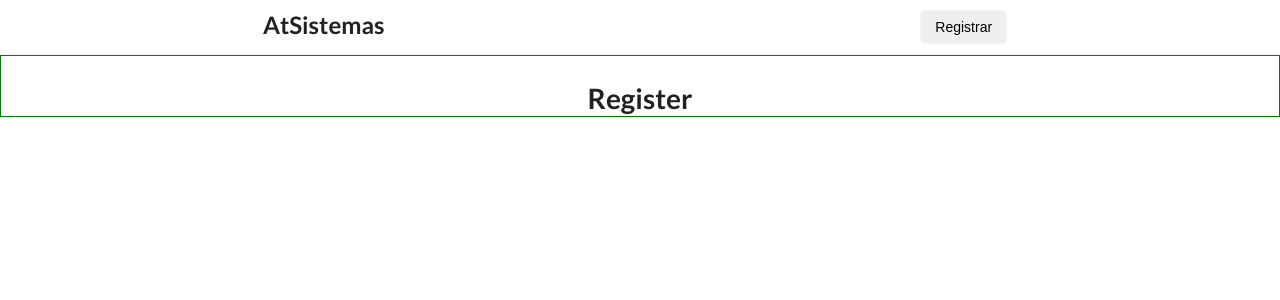
Repository: banchiec/atsistemas
Page: /site/register-site
These files come from the project's save history. The page is drawn as it stood at one moment and after the next save; the edit follows.
The browser window is 1280 px wide. The pictures show the whole page.
The project was rebuilt for these pictures with package versions that can differ from the ones it lists, and the page was loaded fresh each time. Also part of the build but not shown: src/components/SiteCard/SiteCard.js, src/redux/actions/sitesActions.js, src/screens/SiteScreen/SiteScreen.js, src/screens/SiteDetailsScreen/SiteDetailsScreen.js.

Above is the page before, as saved 2022-08-16 13:56:46.

### src/index.js
import React from "react";
import ReactDOM from "react-dom";
import App from "./App";
import store from "./redux/store";
import { Provider } from "react-redux";

ReactDOM.render(
  <React.StrictMode>
    <Provider store={store}>
      <App />
    </Provider>
  </React.StrictMode>,
  document.getElementById("root")
);

### src/App.js
import React from "react";
import { BrowserRouter as Router, Switch, Route } from "react-router-dom";
import SiteScreen from "./screens/SiteScreen/SiteScreen";
import SiteDetailsScreen from './screens/SiteDetailsScreen/SiteDetailsScreen'
import Header from "./components/Header/Header";
import "./App.css";
import RegisterSiteScreen from "./screens/RegisterSiteScreen/RegisterSiteScreen";

function App() {
  return (
    <div className="App">
      <Header/>
      <Router>
        <Switch>
          <Route path="/" exact component={SiteScreen} />
          <Route path="/site/register-site" exact component={RegisterSiteScreen} />
          <Route path="/site/:siteId" exact component={SiteDetailsScreen} />
          <Route>404 Not Found!</Route>
        </Switch>
      </Router>
    </div>
  );
}

export default App;

### src/components/Header/Header.js
import {ContainerHeader} from './headerStyled'

const Header = () => {
  function handleClick(){
    console.log("Object");
  }
	return(
    <ContainerHeader>
      <div>
        <h2>AtSistemas</h2>
      </div>
      <div>
        <button onClick={handleClick}>Registrar</button>
      </div>
    </ContainerHeader>
	)
}
export default Header

### src/App.css
* {
  font-family: "Roboto", sans-serif;
  padding: 0;
  margin: 0;
}

.ui.cards > .card > .image {
  height: 250px;
  padding: 20px;
  background: #fff;
  margin: auto;
}
.ui.cards > .card > .image > img {
  height: 100%;
  max-width: 100%;
  width: auto;
}
.ui.cards > .card > .content > .header {
  height: 48px;
  overflow: hidden;
  margin-bottom: 5px;
}
.ui.cards > .card > .content > .list{
  height: 36px;
  margin-bottom: 0px;
  overflow: hidden;
}
.ui.cards > .card .meta.name{
  margin-bottom: 5px;
  font-size: 18px;
  color: #333;
  font-weight: 600;
}

.ui.cards > .card .meta.name> a {
  font-size: 1.3rem;
  color: #222;
}

.ui.menu.fixed {
  height: 60px;
  padding-top: 15px;
}

.ui.grid.container {
  margin-top: 200px;
}

.ui.grid > .row {
  background: #fff;
}
.ui.grid > .row > .column.lp {
  padding: 20px 40px 20px 20px;
  align-self: flex-start !important;
}
.ui.grid > .row > .column.rp {
  padding: 20px 20px 20px 40px;
  text-align: left;
  align-self: flex-start !important;
}

.ui.grid > .row > .column > img,
.ui.grid > .row > img {
  height: 100%;
}
.ui.placeholder .header:not(:first-child):before,
.ui.placeholder .image:not(:first-child):before,
.ui.placeholder .paragraph:not(:first-child):before {
  display: none;
}

.ui.label,
.ui.labels .label {
  font-size: 22px;
}

.column.rp h1 {
  color: #333;
}
.column.rp p {
  font-size: 18px;
  color: #777;
}
.ui.placeholder.segment .column .button,
.ui.placeholder.segment .column .field,
.ui.placeholder.segment .column textarea,
.ui.placeholder.segment .column > .ui.input {
  background-color: #ff3e6c;
  border: 1px solid #ff3e6c;
  color: #fff;
  font-size: 18px;
  margin-left: 0;
}

### src/screens/RegisterSiteScreen/RegisterSiteScreen.js
import { ContainerRegisterSiteScreen } from "./registerSiteScreenStyled"

const RegisterSiteScreen = () => {

	const handleSubmit = () => {
		console.log("object");
	}
	return(
		<ContainerRegisterSiteScreen>
			<form onSubmit={handleSubmit}>
			</form>
			<h1>Register</h1>
		</ContainerRegisterSiteScreen>
	)
}
export default RegisterSiteScreen

### src/redux/reducers/index.js
import { combineReducers } from "redux";
import { sitesReducer, selectedSiteReducer } from "./sitesReducer";
const reducers = combineReducers({
  allSites: sitesReducer,
  site: selectedSiteReducer,
});
export default reducers;

### src/components/Header/headerStyled.js
import styled from 'styled-components'

const ContainerHeader = styled.div`
	display: flex;
	flex-direction: row;
	border-bottom: 1px solid whitesmoke;
	justify-content: space-around;
	div {
		padding: 10px;
		button{
			border-radius: 5px;
			padding: 8px 14px 8px 14px;
			border: 1px solid whitesmoke;
			margin: 0px 10px 0px 10px;
			:hover {
				background: black ;
				color: white;
				transition: 1s ease-out;
			}
		}
	}
`
export {
	ContainerHeader
}

### src/screens/RegisterSiteScreen/registerSiteScreenStyled.js
import styled from "styled-components";

export const ContainerRegisterSiteScreen = styled.div`
	display: flex;
	flex-direction: row;
	justify-content: center;
	border: 1px solid green;
`

### src/redux/reducers/sitesReducer.js
import { ActionTypes } from "../constants/action-types";
const intialState = {
  sites: [],
};

export const sitesReducer = (state = intialState, { type, payload }) => {
  switch (type) {
    case ActionTypes.SET_SITES:
      return {
        ...state,
        sites: payload
      };
    default:
      return state;
  }
};

export const selectedSiteReducer = (state = {}, { type, payload }) => {
  switch (type) {
    case ActionTypes.SELECTED_SITE:
      return {
        ...state,
        ...payload
      };
    case ActionTypes.REMOVE_SELECTED_SITE:
      return {};
    default:
      return state;
  }
};

### src/redux/constants/action-types.js
export const ActionTypes = {
  FETCH_SITES: 'FETCH_SITES',
  SET_SITES: "SET_SITES",
  SELECTED_SITE: "SELECTED_SITE",
  REMOVE_SELECTED_SITE: "REMOVE_SELECTED_SITE",
};

Loaded but not shown: public/index.html (common file); src/redux/store.js (common file)

After the next save:
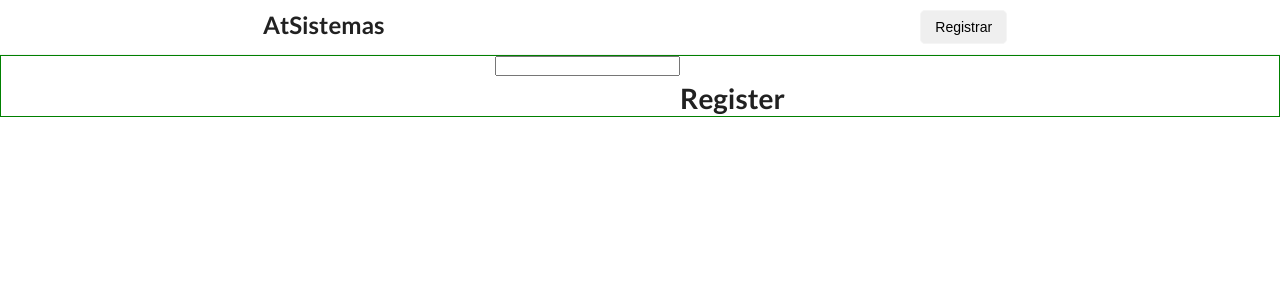
Saved 17 s later.
--- a/src/screens/RegisterSiteScreen/RegisterSiteScreen.js
+++ b/src/screens/RegisterSiteScreen/RegisterSiteScreen.js
@@ -8,6 +8,7 @@ const RegisterSiteScreen = () => {
 	return(
 		<ContainerRegisterSiteScreen>
 			<form onSubmit={handleSubmit}>
+				<input></input>
 			</form>
 			<h1>Register</h1>
 		</ContainerRegisterSiteScreen>
